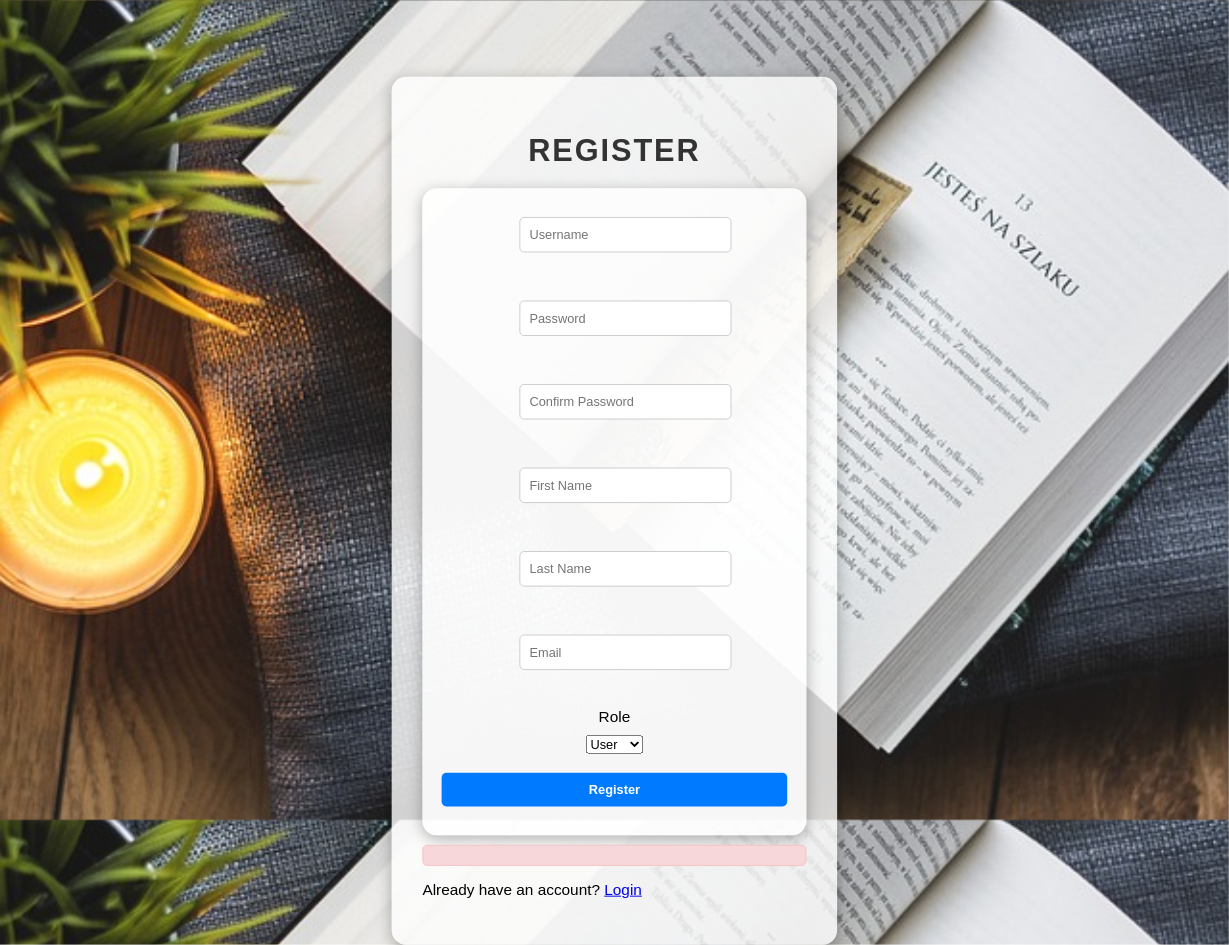
Repository: pavitrapai10/Library_Management_System
Page: http://localhost/register.php
These files come from the project's save history. The page is drawn as it stood at one moment and after a run of saves; the edit follows.
The browser window is 1280 px wide. The pictures show the whole page, at 96% of full size.
Backgrounds fixed to the window are drawn as part of the page. The page is run by PHP 8.4 with error messages shown; the project is at /var/www/html/.

Above is the page before, as saved 2025-02-06 10:57:22.

After the next 2 saves:
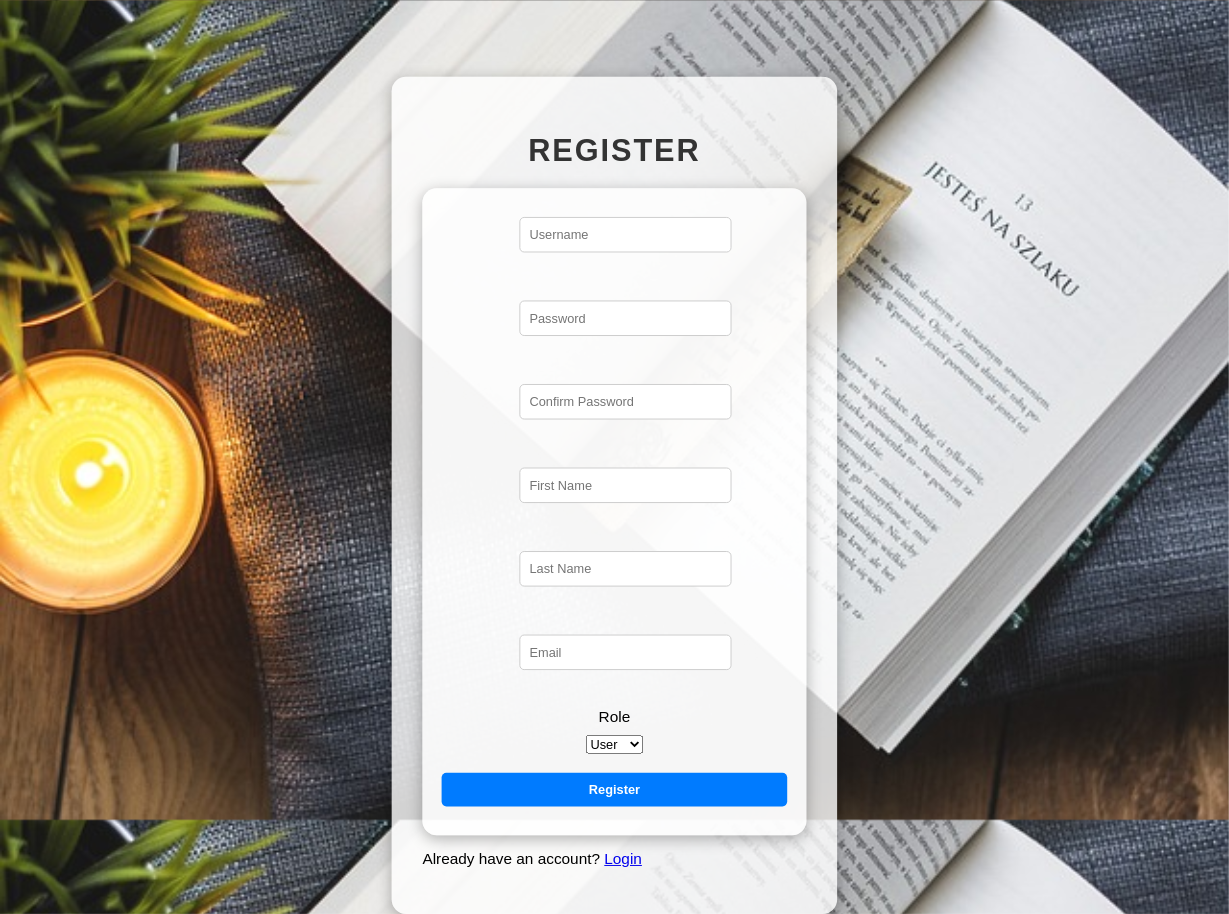
The 2 saves are shown as one change because they came seconds apart.
The last was saved 22 min 1 s later.
--- a/register.php
+++ b/register.php
@@ -1,6 +1,7 @@
 <?php
 include 'db.php';
 $error = '';
+$success = '';
 
 if ($_SERVER['REQUEST_METHOD'] == 'POST') {
     $username = trim($_POST['username']);
@@ -23,12 +24,10 @@ if ($_SERVER['REQUEST_METHOD'] == 'POST') {
         $error = "Invalid role selected.";
     }
 
-    // Server-side email validation
     if (!filter_var($email, FILTER_VALIDATE_EMAIL) || !preg_match('/@gmail\.com$/', $email)) {
         $error = "Please enter a valid Gmail address (e.g., example@gmail.com).";
     }
 
-    // Server-side password validation
     if (strlen($password) < 8 ||
         !preg_match('/[A-Z]/', $password) ||
         !preg_match('/[a-z]/', $password) ||
@@ -51,8 +50,7 @@ if ($_SERVER['REQUEST_METHOD'] == 'POST') {
 
             try {
                 $stmt->execute();
-                header('Location: login.php');
-                exit();
+                $success = "User registered successfully!";
             } catch (mysqli_sql_exception $e) {
                 if (strpos($e->getMessage(), "for key 'borrowers.username'") !== false) {
                     $error = "Username already exists. Please choose a different one.";
@@ -82,15 +80,15 @@ if ($_SERVER['REQUEST_METHOD'] == 'POST') {
         <h2>Register</h2>
         <form id="registerForm" method="POST" action="">
             <div class="input-group">
-                <input type="text" name="username" id="username" placeholder="Username" required>
+                <input type="text" name="username" placeholder="Username" required>
                 <span class="error-message"></span>
             </div>
             <div class="input-group">
-                <input type="password" name="password" id="password" placeholder="Password" required>
+                <input type="password" name="password" placeholder="Password" required>
                 <span class="error-message"></span>
             </div>
             <div class="input-group">
-                <input type="password" name="confirmPassword" id="confirmPassword" placeholder="Confirm Password" required>
+                <input type="password" name="confirmPassword" placeholder="Confirm Password" required>
                 <span class="error-message"></span>
             </div>
             <div class="input-group">
@@ -112,13 +110,17 @@ if ($_SERVER['REQUEST_METHOD'] == 'POST') {
             </select>
             <button type="submit">Register</button>
         </form>
-        <div id="globalErrorContainer" class="error-container">
-            <?php if (!empty($error)): ?>
-                <span class="error-message"><?php echo htmlspecialchars($error); ?></span>
-            <?php endif; ?>
-        </div>
+
+        <!-- Error & Success Messages -->
+        <?php if (!empty($error)): ?>
+            <div class="error-container"><?php echo htmlspecialchars($error); ?></div>
+        <?php endif; ?>
+
+        <?php if (!empty($success)): ?>
+            <div class="success-container"><?php echo htmlspecialchars($success); ?></div>
+        <?php endif; ?>
+
         <p>Already have an account? <a href="login.php">Login</a></p>
     </div>
-    <script src="script.js"></script>
 </body>
 </html>
